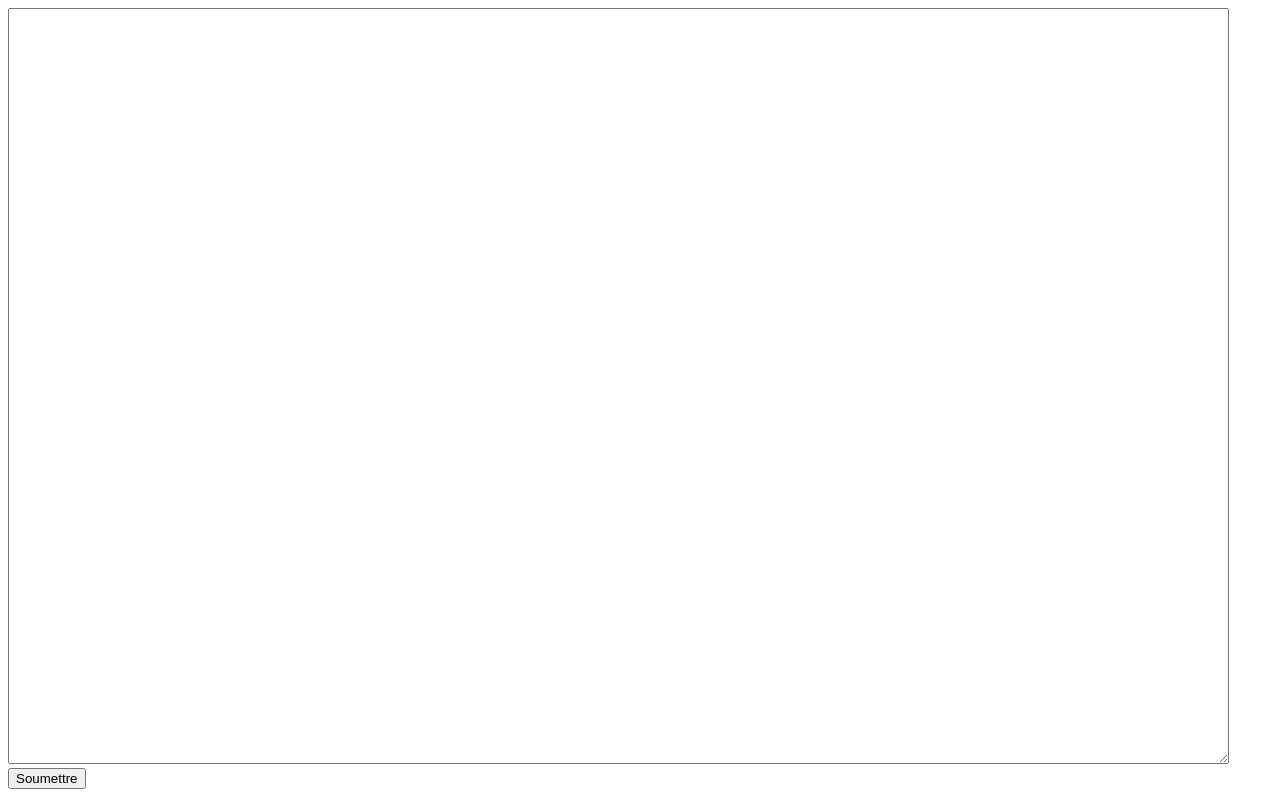
Repository: Dispasim/API2
Page: http://localhost/
The author's editor kept a copy of each file at every save. The page is drawn from the files as they stood at one save, then again after the next save.
The browser window is 1280 px wide. The pictures show the whole page.
The page is served by the project's application, run on Django 4.2 (manage.py).

Above is the page before, as saved 2023-11-15 02:29:18.

After the next save:
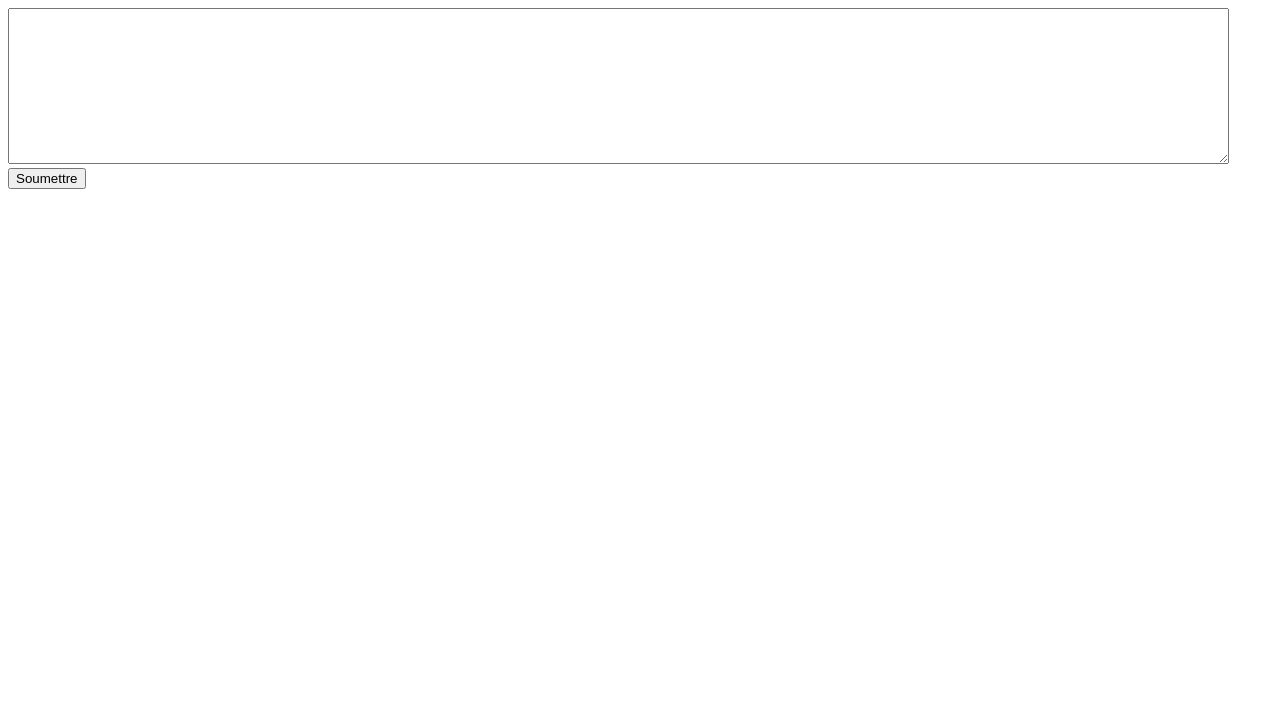
Saved 10 s later.
--- a/projet/forms.py
+++ b/projet/forms.py
@@ -2,4 +2,4 @@ from django import forms
 
 
 class CreateSubtradeForm(forms.Form):
-    text_subtrade = forms.CharField(label = "",max_length=100,widget=forms.Textarea(attrs={'rows': 50, 'cols': 150,'class': 'boites-container'}))
+    text_subtrade = forms.CharField(label = "",max_length=100,widget=forms.Textarea(attrs={'rows': 10, 'cols': 150,'class': 'boites-container'}))
